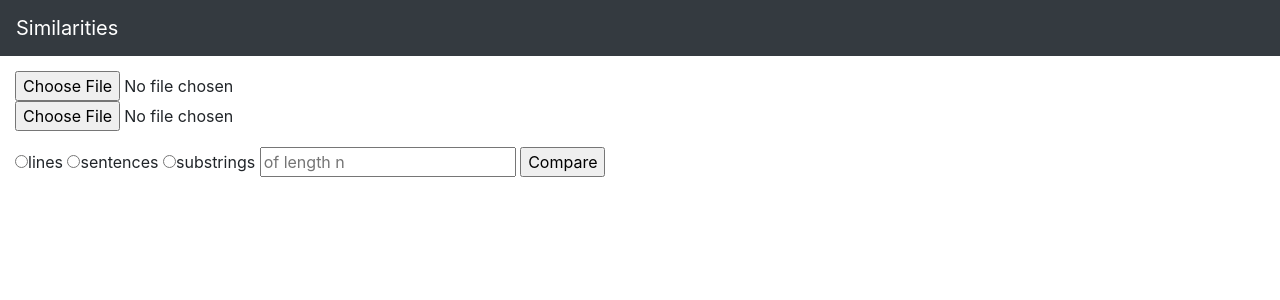
Repository: kenwynejohnes/cs50
Page: http://localhost/
The author's editor kept a record of every edit. The page is drawn from the files as they stood at one moment, then again after the next edit.
The browser window is 1280 px wide. The pictures show the whole page.
Some web libraries are served in a nearby version. The page is served by the project's application, run on Flask 3 (pset6/similarities/application.py). Other server files are loaded and not shown.

Above is the page before.

### pset6/similarities/templates/index.html
{% extends "layout.html" %}

{% block body %}

    <div class="col">
        <form action="/compare" enctype="multipart/form-data" method="post">

            <!-- TODO -->
            <div>
                <input type="file" name="file1"></input>
            </div>
            <div>
                <input type="file" name="file2"></input>
            </p>


            <input type="radio" name="algorithm" value="lines">lines</input>
            <input type="radio" name="algorithm" value="sentences">sentences</input>
            <input type="radio" name="algorithm" value="substrings">substrings</input>
            <input type="number" name="length" placeholder="of length n">

            <button type="submit">Compare</button>


        </form>
    </div>

{% endblock %}

### pset6/similarities/templates/layout.html
<!DOCTYPE html>

<html lang="en">
    <head>

        <!-- Required meta tags -->
        <meta charset="utf-8"/>
        <meta name="viewport" content="width=device-width, initial-scale=1, shrink-to-fit=no"/>

        <!-- Bootstrap CSS -->
        <link href="https://maxcdn.bootstrapcdn.com/bootstrap/4.0.0-beta/css/bootstrap.min.css" rel="stylesheet"/>

        <link href="/static/styles.css" rel="stylesheet"/>

        <title>Similarities</title>

    </head>
    <body>

        <nav class="navbar fixed-top navbar-dark bg-dark">
            <a class="navbar-brand" href="/">Similarities</a>
        </nav>

        <div class="container-fluid">
            <div class="row">
                {% block body %}{% endblock %}
            </div>
        </div>

        <!-- Optional JavaScript -->
        <script src="https://code.jquery.com/jquery-3.2.1.slim.min.js"></script>
        <script src="https://cdnjs.cloudflare.com/ajax/libs/popper.js/1.11.0/umd/popper.min.js"></script>
        <script src="https://maxcdn.bootstrapcdn.com/bootstrap/4.0.0-beta/js/bootstrap.min.js"></script>

    </body>
</html>

Loaded but not shown: pset6/similarities/application.py (common file); pset6/similarities/static/styles.css (common file)

After the next edit:
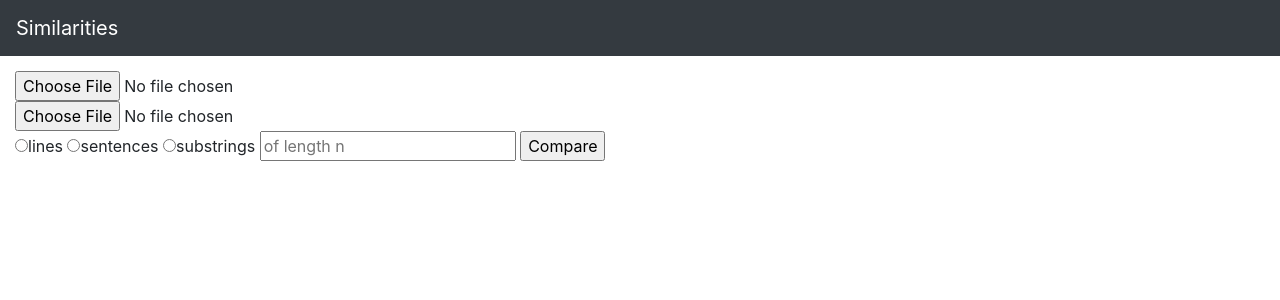
The edit:
--- a/pset6/similarities/templates/index.html
+++ b/pset6/similarities/templates/index.html
@@ -11,7 +11,7 @@
             </div>
             <div>
                 <input type="file" name="file2"></input>
-            </p>
+            </div>
 
 
             <input type="radio" name="algorithm" value="lines">lines</input>
